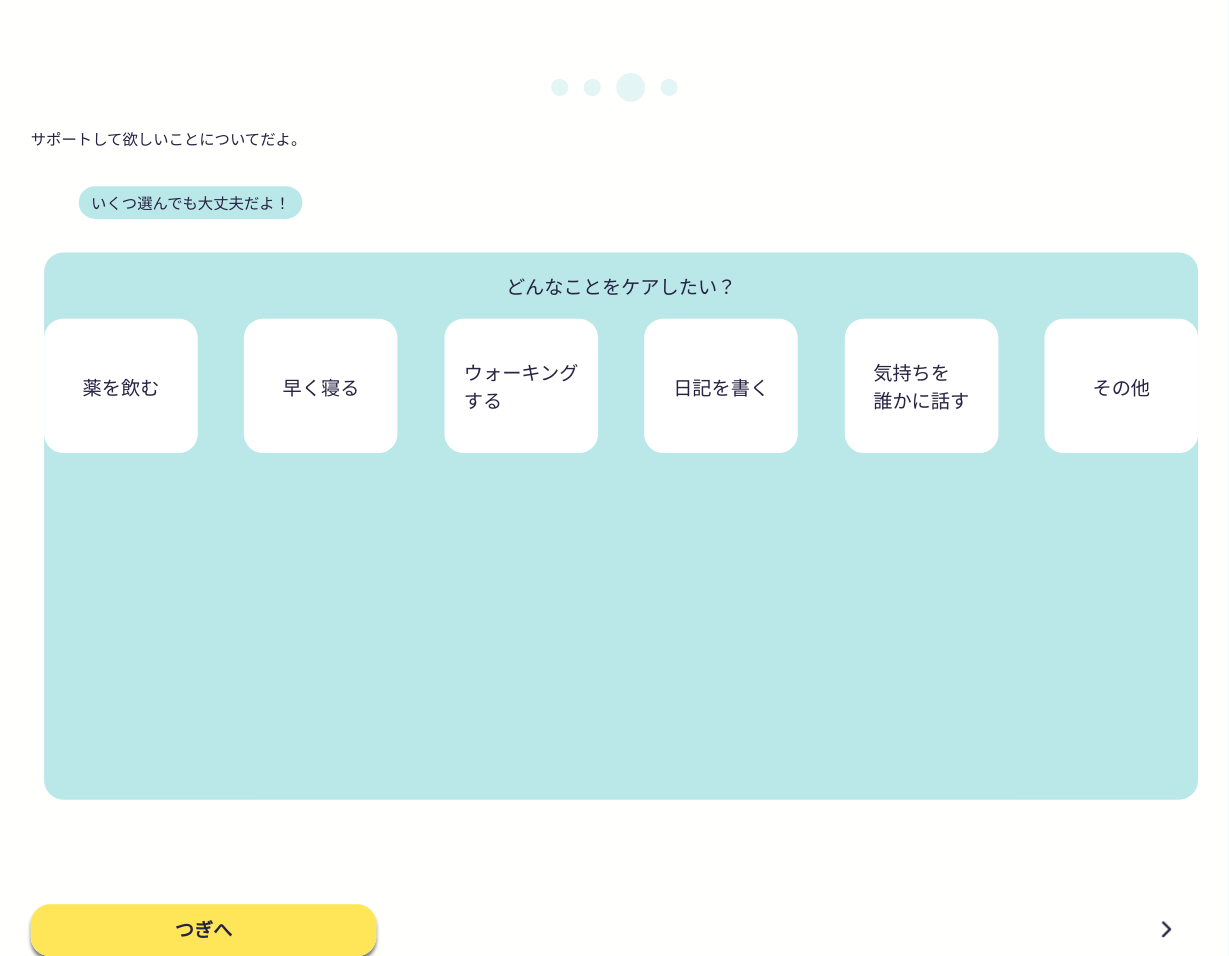
Repository: misaki0919/Self-care
Page: support.html
The author's editor kept a copy of each file at every save. The page is drawn from the files as they stood at one save, then again after the next save.
The browser window is 1280 px wide. The pictures show the whole page, at 96% of full size.
Some web fonts or font styles are not loaded; a fallback is used.

Above is the page before, as saved 2026-07-19 11:26:38.

### support.html
<!DOCTYPE html>
<html lang="jp">
<head>
    <meta charset="UTF-8">
    <meta name="viewport" content="width=device-width, initial-scale=1.0">
    <title>サポートページ</title>
    <link href="css/support.css" rel="stylesheet">
    <link rel="preconnect" href="https://fonts.googleapis.com">
    <link rel="preconnect" href="https://fonts.gstatic.com" crossorigin>
    <link href="https://fonts.googleapis.com/css2?family=Archivo+Black&family=Noto+Serif+JP:wght@200..900&family=Zen+Maru+Gothic&display=swap" rel="stylesheet">
</head>
<body>
    <div class="circle_wrap">
        <div class="circle"></div>
        <div class="circle"></div>
        <div class="diffrent_circle"></div>
        <div class="circle"></div>
    </div>
    <p class="support">サポートして欲しいことについてだよ。</p>
    <p class="choose">いくつ選んでも大丈夫だよ！</p>
    <div class="wrap">
        <p class="care">どんなことをケアしたい？</p>
        <ul>
            <li>薬を飲む</li>
            <li>早く寝る</li>
            <li>ウォーキング<br>する</li>
            <li>日記を書く</li>
            <li>気持ちを<br>誰かに話す</li>
            <li>その他</li>
        </ul>
    </div>
    <div class="images-wrap">
        <a href="support.html" class="next zen-maru-gothic-regular">つぎへ</a>
        <img class="images" src="images/next.png" alt="画像">
    </div>

</body>
</html>

### css/support.css
body{
    background-color: #FFFFFE;
    color: #272343;
    padding-left: 24px;
    padding-right: 24px;
}
.zen-maru-gothic-regular {
    font-family: "Zen Maru Gothic", sans-serif;
    font-weight: 600;
    font-style: normal;
}
.circle_wrap{
    display: flex;
    justify-content: center;
    margin-top: 76px;
    gap: 16px;
    align-items: center;
    .diffrent_circle{
        width: 30px;
        height: 30px;
        background-color: #E3F6F5;
        border-radius: 50%;

    }
    .circle{
        width: 18px;
        height: 18px;
        background-color: #E3F6F5;
        border-radius: 50%;
        text-align: center;

    }
}
.support{
    font-size: 16px;
    margin: 26px 38px 0 0;
}
.choose{
    font-size: 16px;
    background-color: #BAE8E8;
    border-radius: 20px;
    width: 233px;
    height: 34px;
    display: flex;
    justify-content: center;
    align-items: center;
    margin-left: 50px;
    margin-bottom: 35px;
    margin-top: 38px;
}
.wrap{
    background-color: #BAE8E8;
    height: 570px;
    border-radius: 20px;
    margin-bottom: 120px;
    margin-left: 14px;

    .care{
        font-size: 20px;
        text-align: center;
        padding-top: 20px;
    }
    ul{
        display: flex;
        justify-content: space-between;
        flex-wrap: wrap;
        padding:0;
        gap: 28px;


        li{
            background-color: #FFFFFF;
            display: flex;
            justify-content: center;
            border-radius: 20px;
            list-style: none;
            height: 140px;
            width: 160px;
            align-items: center;
            font-size: 20px;


        }
    }
}




.next{
    font-size: 20px;
    background-color: #FFE558;
    border-radius: 20px;
    padding: 16px 150px;
    text-align: center;
    text-decoration: none;
    color: #272343;
    box-shadow: #7b7b7b 0px 4px 4px 0px;
}
images-wrap{
    position: relative;
}
.images{
    width: 30px;
    position: absolute;
    right: 20px;
    /* background-color: tomato; */
    margin-right: 30px;
}

After the next save:
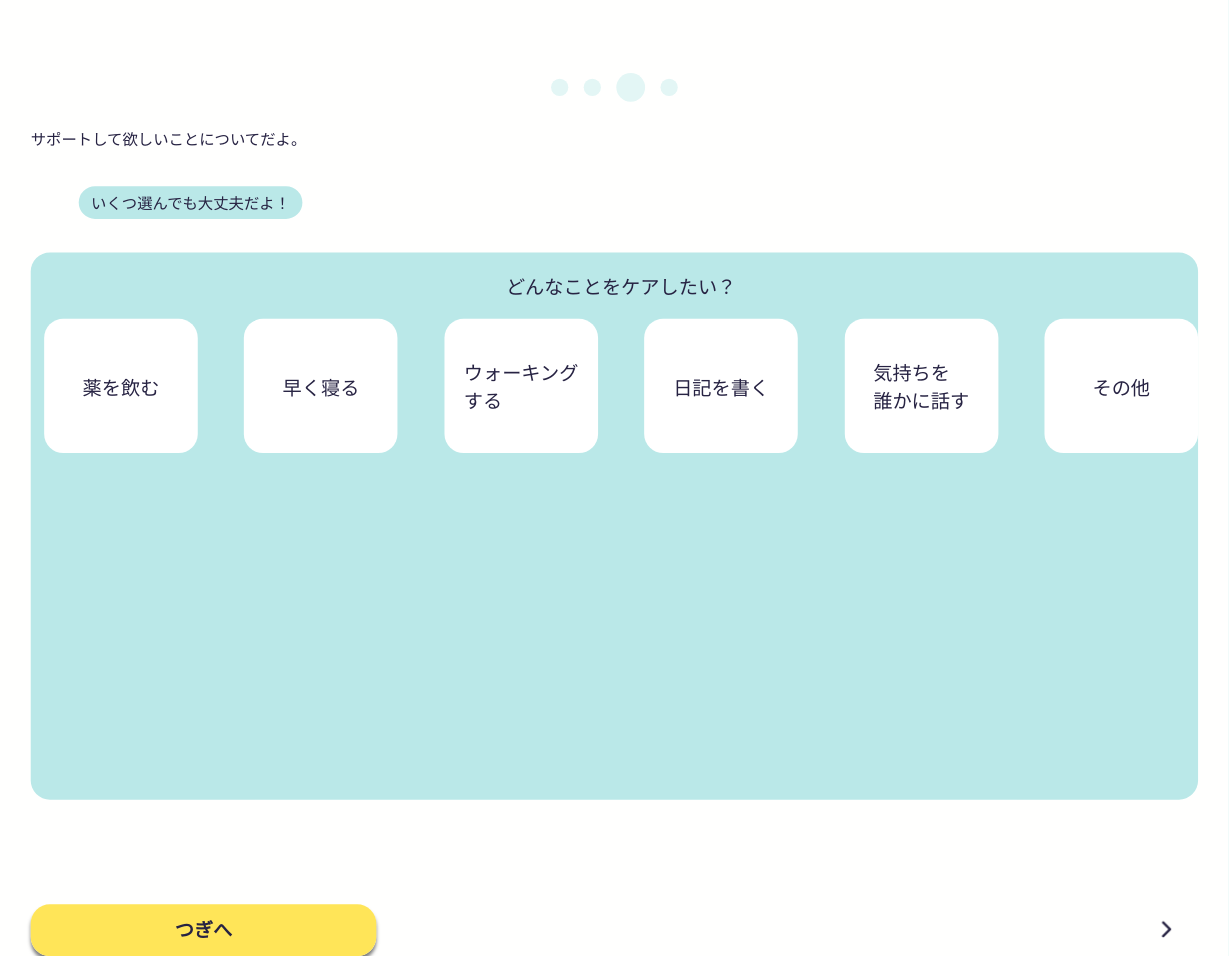
Saved 14 s later.
--- a/css/support.css
+++ b/css/support.css
@@ -53,7 +53,7 @@ body{
     height: 570px;
     border-radius: 20px;
     margin-bottom: 120px;
-    margin-left: 14px;
+    padding-left: 14px;
 
     .care{
         font-size: 20px;
